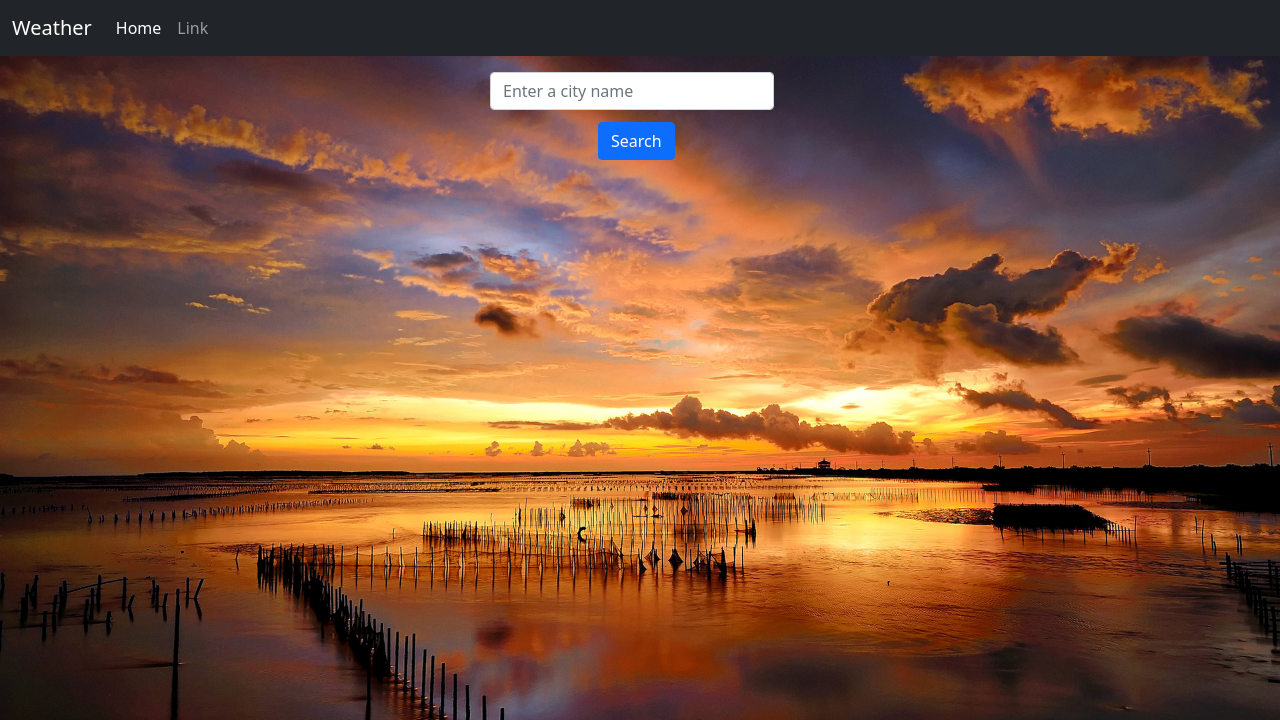
Repository: rohitbharti258/Project_Weather_finder
Page: index.html
The author's editor kept a copy of each file at every save. The page is drawn from the files as they stood at one save, then again after the next save.
The browser window is 1280 px wide. The pictures show the whole page.

Above is the page before, as saved 2022-02-27 17:06:22.

After the next save:
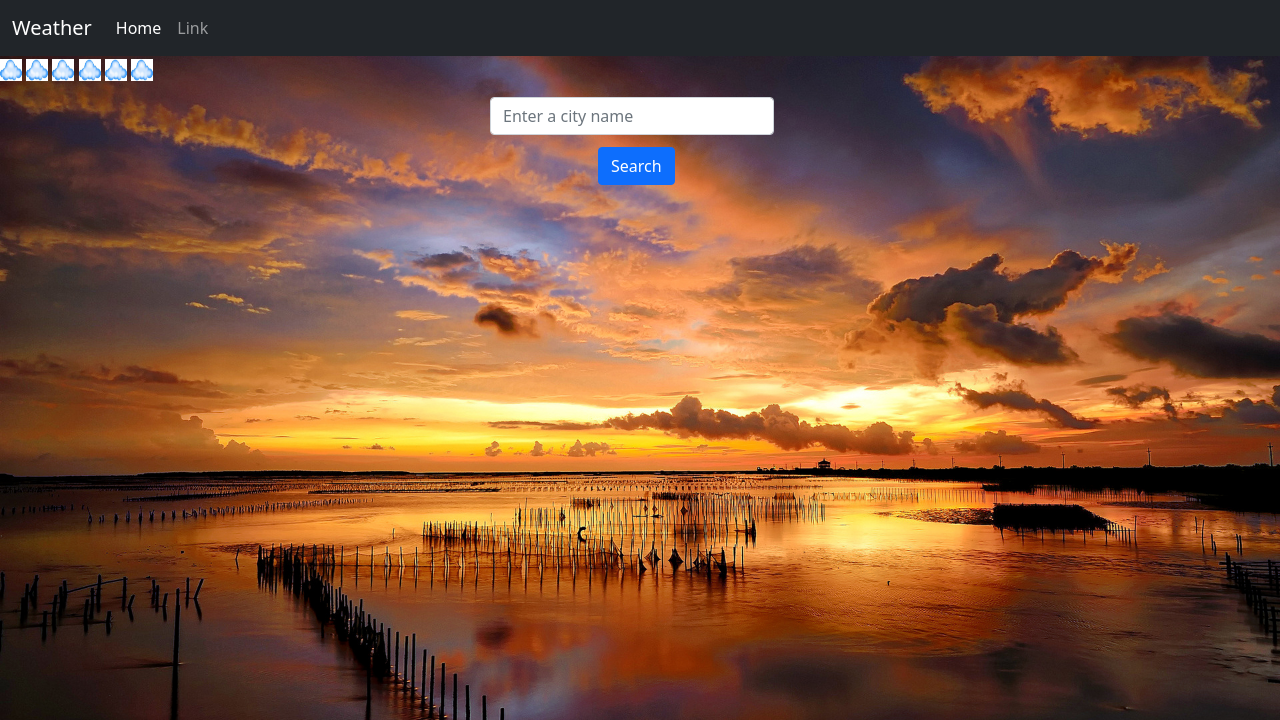
Saved 19 h 46 min later.
--- a/index.html
+++ b/index.html
@@ -32,6 +32,14 @@
             </div>
         </div>
     </nav>
+    <div class="cloud">
+        <img src="./clouds.jpg" alt="" srcset="">
+        <img src="./clouds.jpg" alt="" srcset="">
+        <img src="./clouds.jpg" alt="" srcset="">
+        <img src="./clouds.jpg" alt="" srcset="">
+        <img src="./clouds.jpg" alt="" srcset="">
+        <img src="./clouds.jpg" alt="" srcset="">
+    </div>
     <div class="container my-3">
         <div class="form">
         <form class="row g-3 ">
